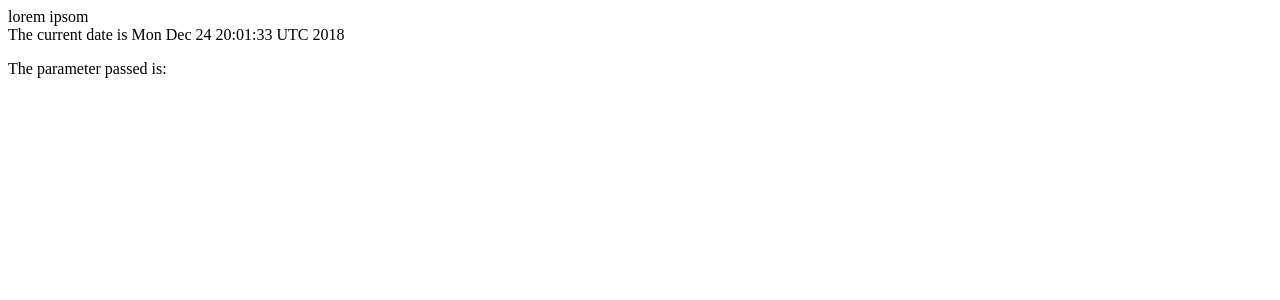
Repository: overbejt/UdemySpringMVC
Page: http://localhost/hello-World/
The author's editor kept a copy of each file at every save. The page is drawn from the files as they stood at one save, then again after the next save.
The browser window is 1280 px wide. The pictures show the whole page.
The page is served by Tomcat 9. Other server files are loaded and not shown.

Above is the page before, as saved 2018-12-26 06:10:15.

### hello-World/src/main/webapp/WEB-INF/views/login.jsp
<%@ page language="java" contentType="text/html; charset=UTF-8"
    pageEncoding="UTF-8"%>
<!DOCTYPE html PUBLIC "-//W3C//DTD HTML 4.01 Transitional//EN" "http://www.w3.org/TR/html4/loose.dtd">
<html>
<head>
<meta http-equiv="Content-Type" content="text/html; charset=UTF-8">
<title>ToDo</title>
</head>
<body>
lorem ipsom

<!-- Scriptlet? -->
<%
System.out.println("Gotcha");
System.out.println(request.getParameter("name"));

java.util.Date date = new java.util.Date();
%>

<!-- This is using a 'scriptlet' expression -->
<div>
The current date is <%=date%>
</div>

<p>
<!-- using an expression to display the name from the parameter -->
The parameter passed is: ${name}
</p>
</body>
</html>

### hello-World/src/main/java/webapp/LoginServlet.java
package webapp;

import java.io.IOException;
import java.io.PrintWriter;

import javax.servlet.ServletException;
import javax.servlet.annotation.WebServlet;
import javax.servlet.http.HttpServlet;
import javax.servlet.http.HttpServletRequest;
import javax.servlet.http.HttpServletResponse;

/*
 * Browser sends Http Request to Web Server
 *
 * Code in Web Server => Input:HttpRequest, Output: HttpResponse
 * JEE with Servlets
 *
 * Web Server responds with Http Response
 */

//Java Platform, Enterprise Edition (Java EE) JEE6

//Servlet is a Java programming language class
//used to extend the capabilities of servers
//that host applications accessed by means of
//a request-response programming model.

//1. extends javax.servlet.http.HttpServlet
//2. @WebServlet(urlPatterns = "/login.do")
//3. doGet(HttpServletRequest request, HttpServletResponse response)
//4. How is the response created?

@WebServlet(urlPatterns = "/login.do")
public class LoginServlet extends HttpServlet {

	@Override
	protected void doGet(HttpServletRequest request, HttpServletResponse response) throws IOException, ServletException {

		//Paste this into browser in order to pass a parameter
		// http://localhost:8080/?name=Proper


		//To pass the parameter to the jsp
		request.setAttribute("name", request.getParameter("name"));
		request.setAttribute("password", request.getParameter("password"));

		//I need to remember this line.  It is critical
		request.getRequestDispatcher("/WEB-INF/views/login.jsp").forward(request, response);

	}

}

After the next save:
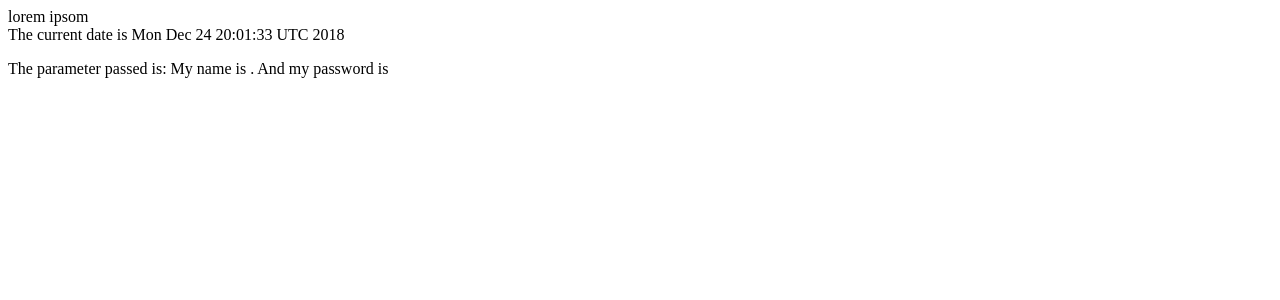
Saved 3 min 11 s later.
--- a/hello-World/src/main/webapp/WEB-INF/views/login.jsp
+++ b/hello-World/src/main/webapp/WEB-INF/views/login.jsp
@@ -25,6 +25,9 @@ The current date is <%=date%>
 <p>
 <!-- using an expression to display the name from the parameter -->
 The parameter passed is: ${name}
+
+<!-- Proving that the second parameter is taking -->
+My name is ${name}.  And my password is ${password}
 </p>
 </body>
 </html>
